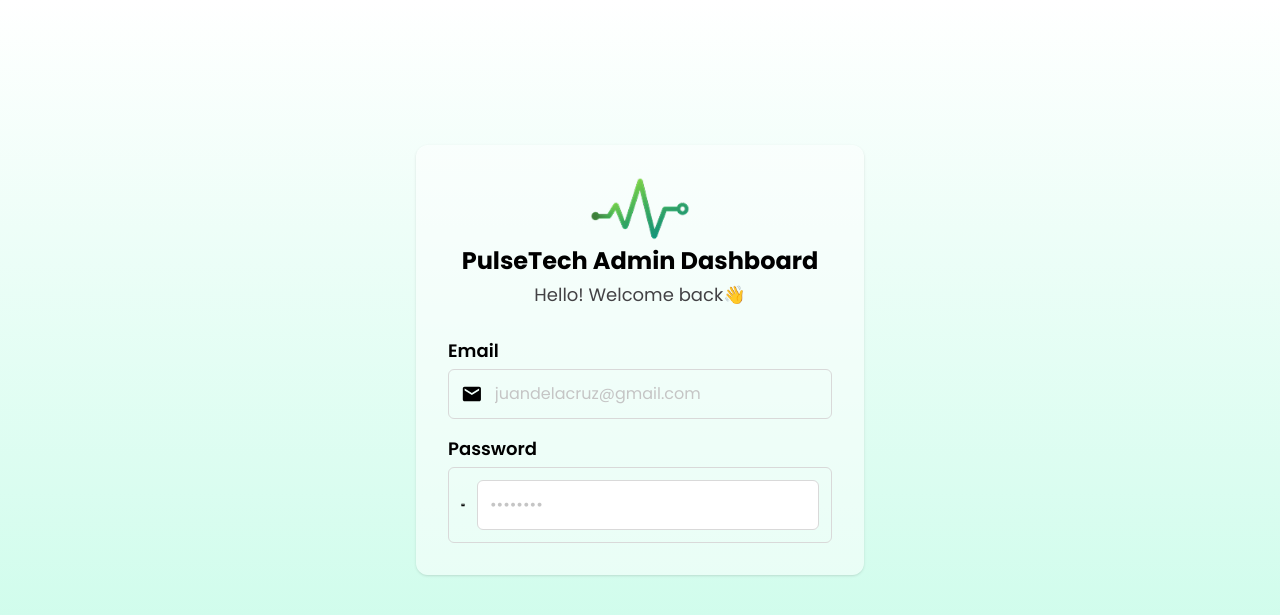
Repository: ShyrineJardin/pulse_admin
Page: /
The author's editor kept a copy of each file at every save. The page is drawn from the files as they stood at one save, then again after the next save.
The browser window is 1280 px wide. The pictures show the whole page.
The project was rebuilt for these pictures with package versions that can differ from the ones it lists, and the page was loaded fresh each time.

Above is the page before, as saved 2026-03-25 11:15:36.

### src/index.css
@import url('https://fonts.googleapis.com/css2?family=Inter:ital,opsz,wght@0,14..32,100..900;1,14..32,100..900&family=Poppins:ital,wght@0,100;0,200;0,300;0,400;0,500;0,600;0,700;0,800;0,900;1,100;1,200;1,300;1,400;1,500;1,600;1,700;1,800;1,900&display=swap');

@tailwind base;
@tailwind components;
@tailwind utilities;

*{
    margin: 0;
    padding: 0;
    box-sizing: border-box;
}

body {
    font-family: poppins, sans-serif;
}

### src/App.js
import Login from "./components/Login";

function App() {
  return (
    <div className="App">
      <Login />
    </div>
  );
}

export default App;

### src/components/Login.jsx
import React from "react";
import { MdEmail } from "react-icons/md";

const Login = () => {
  return (
   <div className="flex items-center justify-center h-screen bg-gradient-to-b from-white to-[#C9FCE9]">
        <div className="w-full max-w-sm md:max-w-md p-8 space-y-6 bg-white/50 rounded-xl shadow">
            <div className="flex flex-col text-center gap-1">
                <img src="/logo.png" alt="pulse logo" className="lg:h-16 h-14 mx-auto" />
                <h2 className="font-bold text-xl lg:text-2xl">PulseTech Admin Dashboard</h2>
                <p className="text-subtext text-base lg:text-lg">Hello! Welcome back👋</p>

                <form action="">
                    <div className="flex flex-col gap-4 mt-6">
                        <div className="flex flex-col gap-1">
                            <h3 className="text-left font-semibold text-lg">Email</h3>
                            <div className="flex items-center gap-3 bg-#F6F6F6 p-3 border border-[#D9D9D9] rounded-md focus-within:ring-2 focus-within:ring-primary">
                                <MdEmail className="h-6 w-6" />
                                <input type="email" placeholder="juandelacruz@gmail.com" className=" placeholder:text-[#C5C5C5] bg-transparent outline-none w-full" />
                            </div>
                        </div>
                        <div className="flex flex-col gap-1">
                            <h3 className="text-left font-semibold text-lg">Password</h3>
                            <div className="flex items-center gap-3 bg-#F6F6F6 p-3 border border-[#D9D9D9] rounded-md focus-within:ring-2 focus-within:ring-primary">
                                <MdEmail className="h-6 w-6" />
                                <input type="password" placeholder="••••••••" className="bg-#F6F6F6 p-3 placeholder:text-[#C5C5C5] border border-[#D9D9D9] rounded-md focus:outline-none focus:ring-2 focus:ring-primary" />
                            </div>
                        </div>
                    </div>
                </form>
            </div>

        </div>
    </div>
  );
}

export default Login;

### tailwind.config.js
/** @type {import('tailwindcss').Config} */
module.exports = {
  content: [
    "./src/**/*.{js,jsx,ts,tsx}",
  ],
  theme: {
    extend: {
        colors: {
          'subtext': '#434245',
          'primary': '#75EEA5',
        },
    }
  },
  plugins: [],
}

Loaded but not shown: public/index.html (common file); src/index.js (common file); src/reportWebVitals.js (common file)

After the next save:
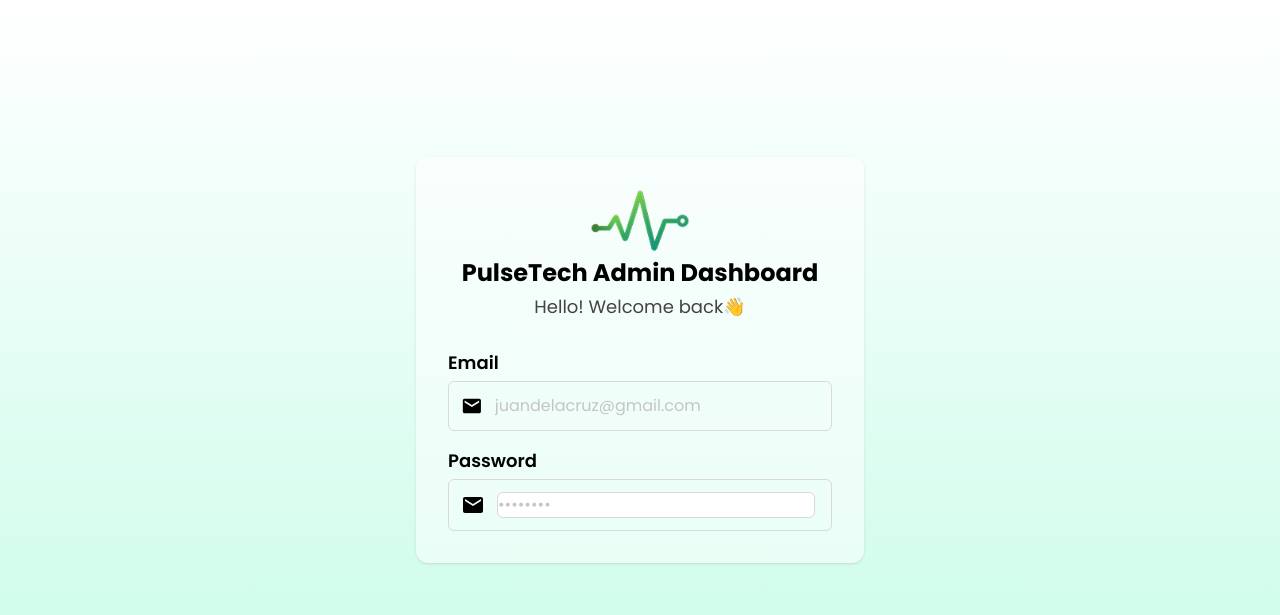
Saved 13 s later.
--- a/src/components/Login.jsx
+++ b/src/components/Login.jsx
@@ -23,7 +23,7 @@ const Login = () => {
                             <h3 className="text-left font-semibold text-lg">Password</h3>
                             <div className="flex items-center gap-3 bg-#F6F6F6 p-3 border border-[#D9D9D9] rounded-md focus-within:ring-2 focus-within:ring-primary">
                                 <MdEmail className="h-6 w-6" />
-                                <input type="password" placeholder="••••••••" className="bg-#F6F6F6 p-3 placeholder:text-[#C5C5C5] border border-[#D9D9D9] rounded-md focus:outline-none focus:ring-2 focus:ring-primary" />
+                                <input type="password" placeholder="••••••••" className="placeholder:text-[#C5C5C5] border border-[#D9D9D9] rounded-md focus:outline-none focus:ring-2 focus:ring-primary" />
                             </div>
                         </div>
                     </div>
